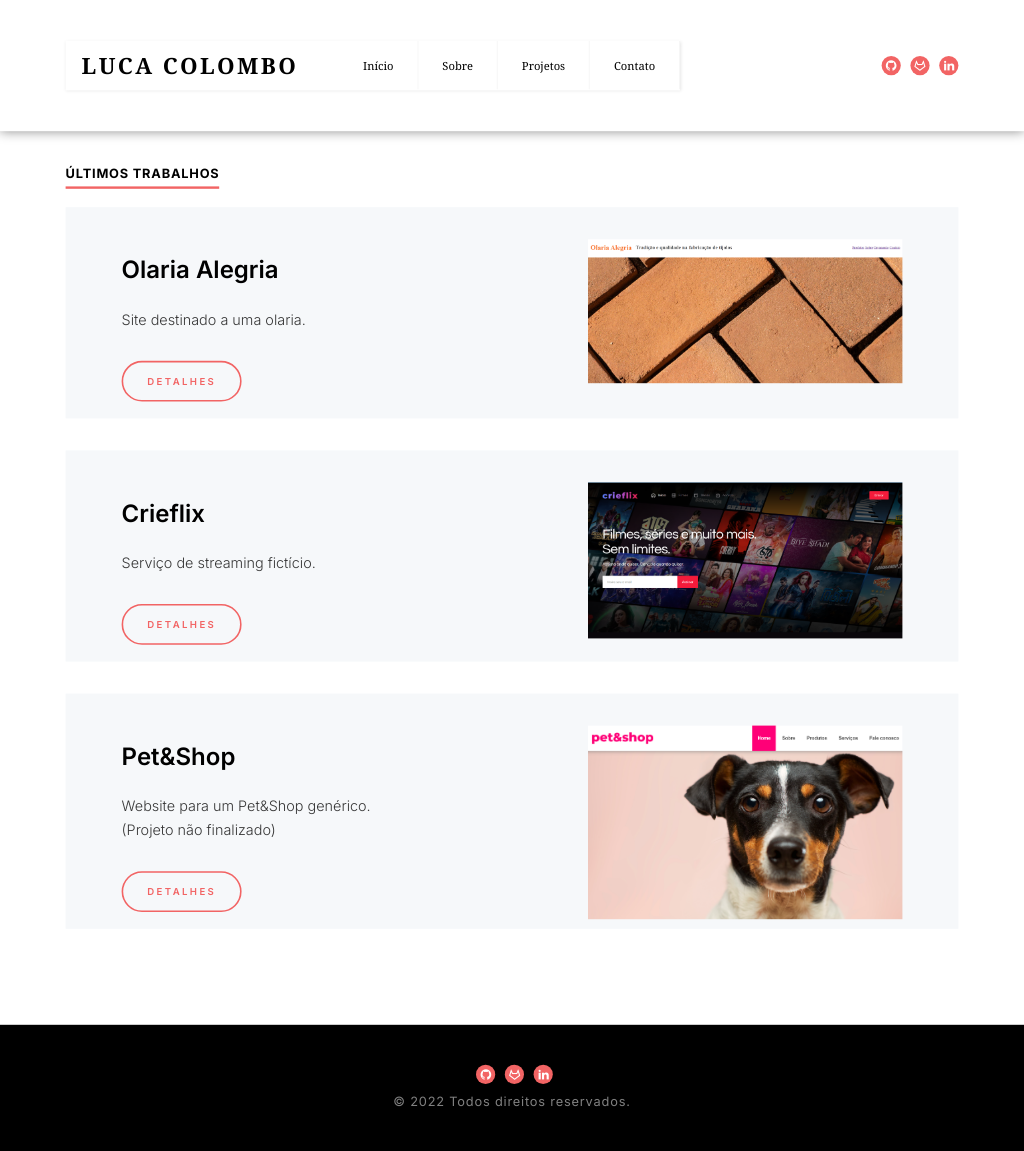
Repository: lxcxcxlxmb/portfolio
Page: projetos.html
An editor plug-in stored every save of this project. The page is shown before and after the next save, followed by the edit.
The browser window is 1280 px wide. The pictures show the whole page, at 80% of full size.

Above is the page before, as saved 2022-05-25 22:37:35.

After the next save:
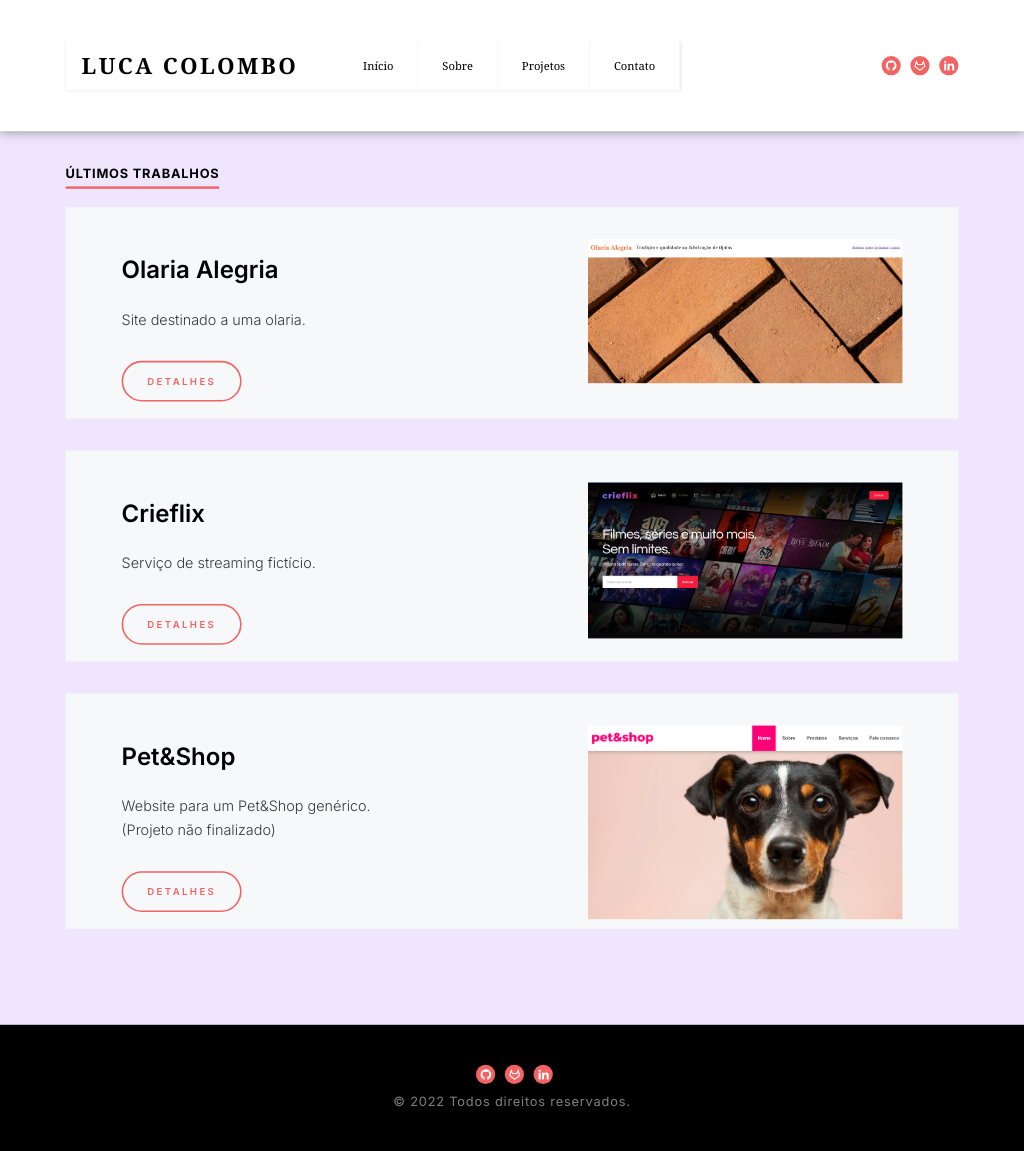
Saved 38 s later.
--- a/styles.css
+++ b/styles.css
@@ -21,7 +21,7 @@ html {
 body {
 	font-family: 'Inter', sans-serif;
 	overflow-x: hidden;
-	background-color: #FFF;
+	background-color: #EFE5FD;
 	font-weight: 400;
 	font-style: normal;
 	color: #373737;
